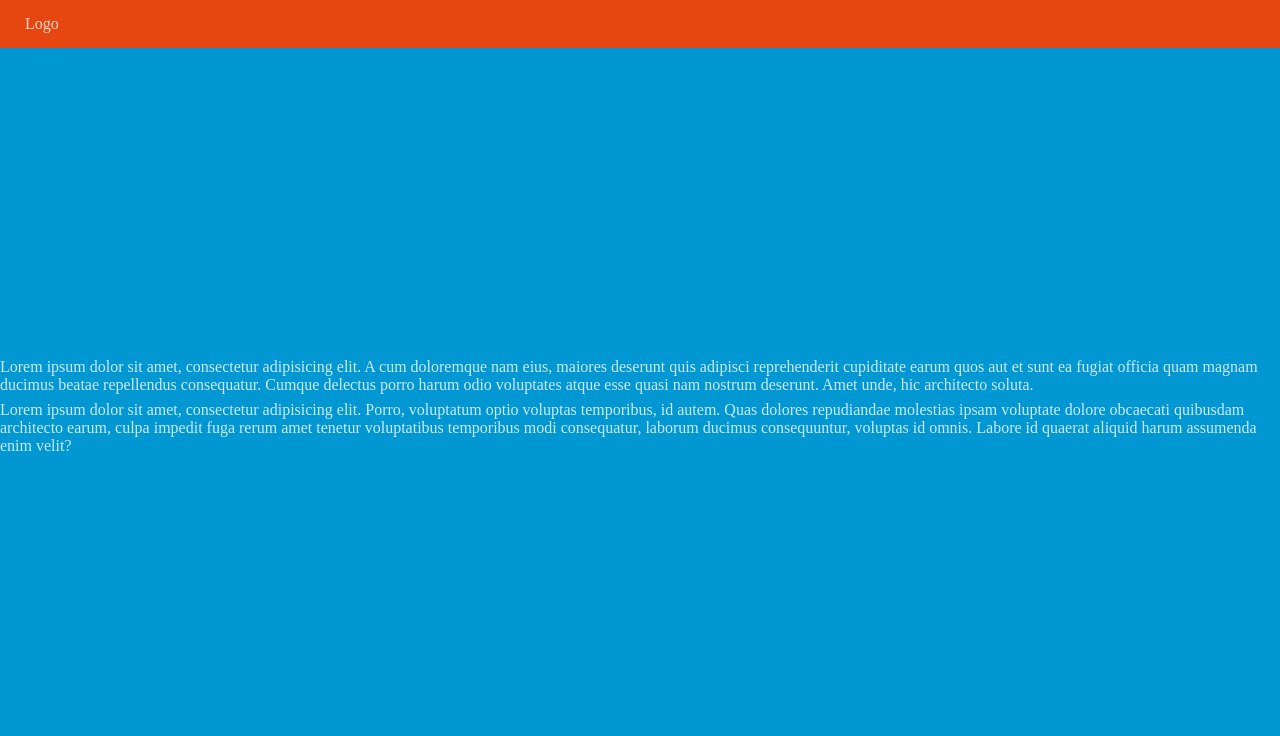
Repository: ElaineArchbold/desktopfirstchallenge
Page: mobilefirst.html
The author's editor kept a record of every edit. The page is drawn from the files as they stood at one moment, then again after the next edit.
The browser window is 1280 px wide. The pictures show the whole page.

Above is the page before.

After the next edit:
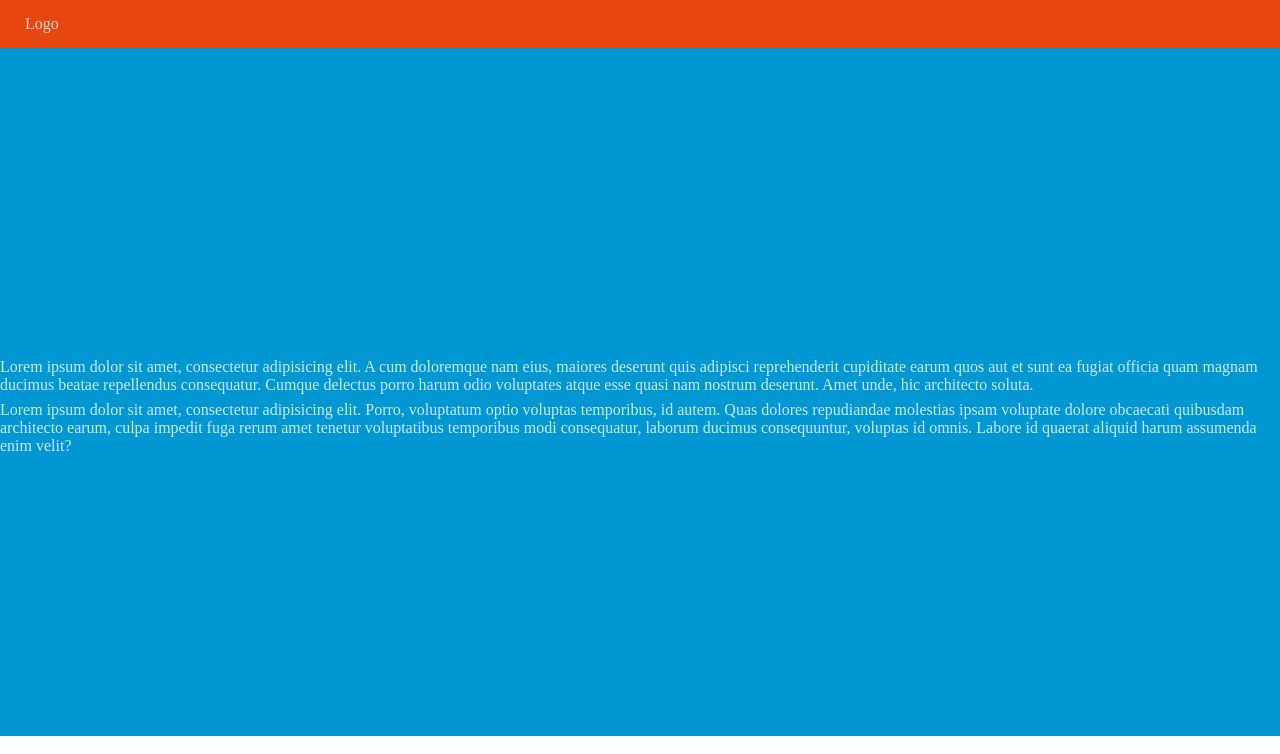
The edit:
--- a/mobilefirst.html
+++ b/mobilefirst.html
@@ -27,6 +27,11 @@
 
           </aside>
         </section>
+
+        <footer class="footer">
+            Footer
+
+        </footer>
     </main>
 
 </body>
